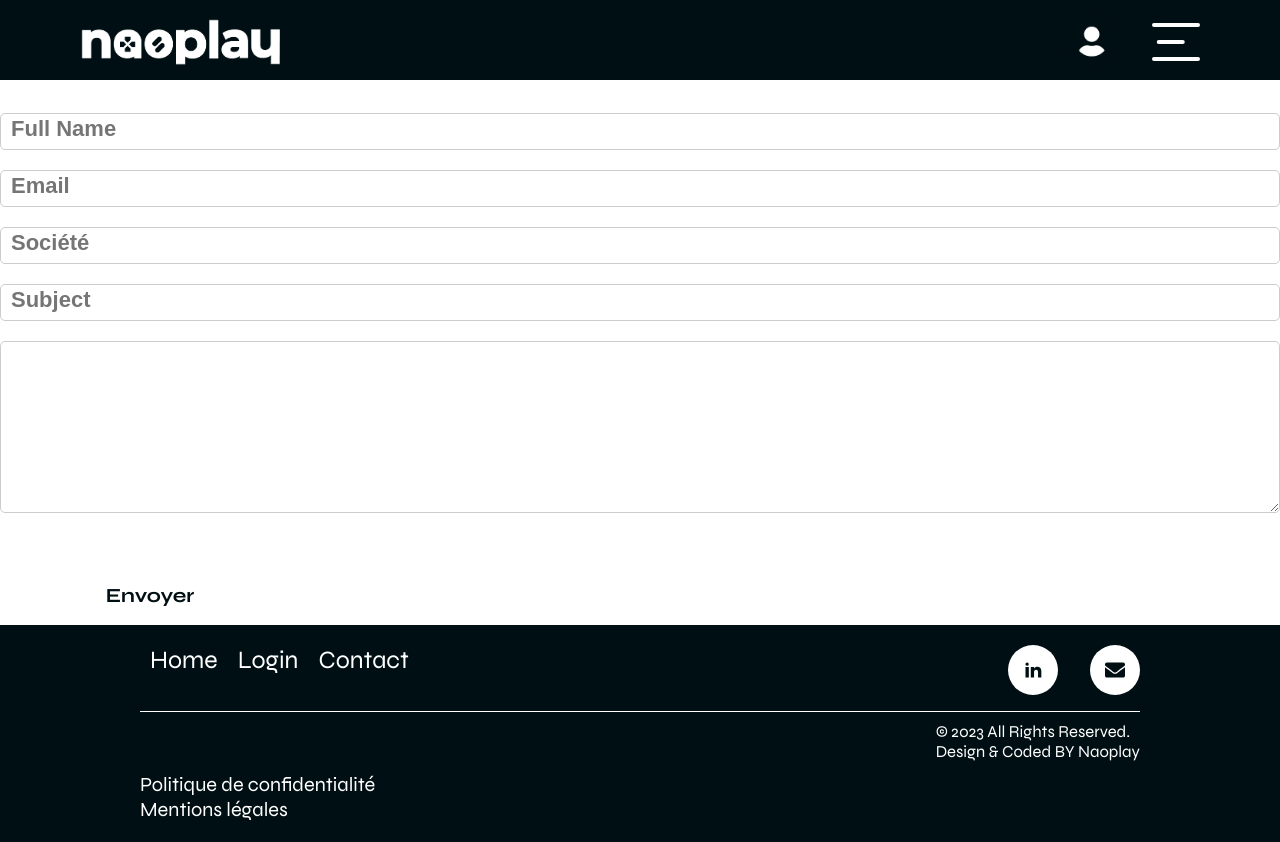
Repository: Hindsedrati/Naoplay
Page: /contact
These files come from the project's save history. The page is drawn as it stood at one moment and after the next save; the edit follows.
The browser window is 1280 px wide. The pictures show the whole page.
The project was rebuilt for these pictures with package versions that can differ from the ones it lists, and the page was loaded fresh each time. Also part of the build but not shown: src/Pages/Login/index.jsx, src/Components/Const/index.jsx, src/Components/Partners/index.jsx, src/Components/Naoplay/index.jsx, src/Components/Api/index.jsx, src/Components/Digitalisation/index.jsx, src/Components/Gateway/index.jsx, src/Components/ApiManagement/index.jsx and 6 more.

Above is the page before, as saved 2023-05-10 12:32:18.

### public/index.html
<!DOCTYPE html>
<html lang="en">
  <head>
    <meta charset="utf-8" />
    <link href="https://fonts.googleapis.com/css2?family=Syne:wght@600;700&display=swap" rel="stylesheet">
    <link rel="apple-touch-icon" sizes="180x180" href="./favicons/apple-touch-icon.png">
    <link rel="icon" type="image/png" sizes="32x32" href="./favicons/favicon-32x32.png">
    <link rel="icon" type="image/png" sizes="16x16" href="./favicons/favicon-16x16.png">
    <link rel="manifest" href="./favicons/site.webmanifest">
    <link rel="mask-icon" href="./favicons/safari-pinned-tab.svg" color="#5bbad5">
    <meta name="viewport" content="width=device-width, initial-scale=1" />
    <meta name="theme-color" content="#000000" />
    <meta
      name="description"
      content="Web site created using create-react-app"
    />
    <link rel="apple-touch-icon" href="%PUBLIC_URL%/logo192.png" />
    <!--
      manifest.json provides metadata used when your web app is installed on a
      user's mobile device or desktop. See https://developers.google.com/web/fundamentals/web-app-manifest/
    -->
    <link rel="manifest" href="%PUBLIC_URL%/manifest.json" />
    <!--
      Notice the use of %PUBLIC_URL% in the tags above.
      It will be replaced with the URL of the `public` folder during the build.
      Only files inside the `public` folder can be referenced from the HTML.

      Unlike "/favicon.ico" or "favicon.ico", "%PUBLIC_URL%/favicon.ico" will
      work correctly both with client-side routing and a non-root public URL.
      Learn how to configure a non-root public URL by running `npm run build`.
    -->
    <title>NAOPLAY</title>
  </head>
  <body>
    <noscript>You need to enable JavaScript to run this app.</noscript>
    <div id="root"></div>
    <!--
      This HTML file is a template.
      If you open it directly in the browser, you will see an empty page.

      You can add webfonts, meta tags, or analytics to this file.
      The build step will place the bundled scripts into the <body> tag.

      To begin the development, run `npm start` or `yarn start`.
      To create a production bundle, use `npm run build` or `yarn build`.
    -->
  </body>
</html>

### src/style.scss
* {
    margin: 0;
    padding: 0;
    box-sizing: border-box;
}

.app-container {
    width: 100%;
    max-width: 100%;
    margin-left: auto;
    margin-right: auto;
}

.main-container {
    width: 100%;
    overflow-x: hidden;
}

@media screen and (min-width: 769px) and (max-width: 1900px) {
    .main-container {
        padding: 70px 80px 20px 80px;
    }
}
@media screen and (min-width: 1901px) {
    .main-container {
        padding: 150px 80px 20px 80px;
    }
}
@media screen and (max-width: 768px) {
    .main-container {
        padding: 1rem;
    }
}

### src/Pages/Contact/index.jsx
import React from 'react'
import './Contact.scss'

function contact () {
  return (
    <section>
        <div className="container">
          <h2 className= "--text-center">Contactez-nous</h2>
          <p> Vous avez un projet de transformation digitale ? vous souhaitez échanger avec l’un de nos experts ? ou vous souhaitez voir comment notre mentorat peut booster votre carrière ? (si vous souhaitez nous rejoindre vous pouvez également envoyer votre CV à contact@naoplay.fr</p>
          <form className= "--formm-control --card" >
              <input type="text" placeholder= 'Full Name' name= 'user_name' required/>
              <input type="email" placeholder= 'Email' name= 'user_email' required/>
              <input type="text" placeholder="Société" name="societe" required />
              <input type="text" placeholder= 'Subject' name= 'subject' required/>
              <textarea name="message" cols="30" rows="10"></textarea>
              <button type= "submit" className= "--btn --btn-primary">Envoyer</button>


          </form>
        </div>
    </section>
  )
}

export default contact;

### src/Layouts/Footer/Index.jsx
import './footer.scss';
import { RiLinkedinFill } from "react-icons/ri";
import { FaEnvelope } from "react-icons/fa";

function Footer() {
  return (
    <footer>
      <div className="footer-content">
        <div className="footer-section links">
          <a href="/">Home</a>
          <a href="/login">Login</a>
          <a href="/Contact">Contact</a>
        </div>

        <div className="footer__icons">
          <a c href="https://www.linkedin.com/company/naoplay/" target="_blank" rel="noreferrer">
            <RiLinkedinFill />
          </a>
          <a  href="mailto:contact@naoplay.fr/" target="_blank" rel="noreferrer">
            <FaEnvelope />
          </a>
        </div>
      </div>

      <div className="footer-bottom">
        <small>&copy; 2023 All Rights Reserved.</small>
        <small>Design & Coded BY Naoplay </small>
      </div>

      <div className="footer-legal">
        <a href='/'>Politique de confidentialité</a>
        <a href='/'>Mentions légales</a>
      </div>
    </footer>
  );
}

export default Footer;

### src/Pages/Contact/Contact.scss
form {
  margin-top: 5rem;
  height: auto;
  display: flex;
  flex-direction: column;
  align-items: center;
  margin-top: 50px;
}

label {
  font-weight: bold;
  margin-bottom: 10px;
}

input,
textarea {
  padding: 10px;
  margin-bottom: 20px;
  width: 100%;
  border: 1px solid #ccc;
  border-radius: 5px;
}

button {
  background-color: #4CAF50;
  color: white;
  border: none;
  padding: 10px 20px;
  text-align: center;
  text-decoration: none;
  display: inline-block;
  font-size: 16px;
  border-radius: 5px;
  cursor: pointer;
}

button:hover {
  background-color: #3e8e41;
}

### src/Pages/Home/Home.scss
body{
    box-sizing: border-box;
    overflow-x: hidden;
}

### src/Layouts/Footer/footer.scss
@import '../../Sass/variables.scss';

footer {
  height: auto;
  color: $light;
  position: relative;
  background: $dark;
  padding: 20px 0;
  width: 100%;
}

.footer-content {
  font-size: 20px;
  display: flex;
  justify-content: space-between;
  max-width: 1000px;
  margin: 0 auto;
}

.footer-section {
  font-family: $syne;
  display: flex;
}

.links a,
.social a {
  color: #fff;
  text-decoration: none;
  padding: 0 10px;
  font-size: 25px;
}


.footer__icons{

        display: flex;
        gap: 2rem;
        margin-bottom: 1rem;

        a {
            width: 50px;
            height: 50px;
            display: inline-block;
            text-decoration: none;
            color: $dark;
            background-color: $light;
            border-radius: 50%;
            display: flex;
            justify-content: center;
            align-items: center;



        }

        a:hover {
            transform: scale(1.1);
            background-color: $dark;
            color: $light;
        }
}
.footer-bottom {
  font-family: $syne;
  display: grid;
  justify-content: flex-end;
  max-width: 1000px;
  margin: 0 auto;
  font-size: 20px;
  border-top: 1px solid #fff;
  padding-top: 10px;
}

.footer-legal {
  /*display: flex;
  align-items: flex-start;
  justify-content: flex-start;
  max-width: 1000px;
  margin: 0 auto;
  font-size: 20px;

  padding-top: 10px;*/
  display: grid;
  justify-content: flex-start;
  max-width: 1000px;
  margin: 0 auto;
  font-size: 20px;
  padding-top: 10px;

}

.footer-legal a {
  font-family: $syne;
  color: #fff;
  text-decoration: none;
  margin-right: 20px;
}

.footer-legal a:hover {
  text-decoration: underline;
}

### src/Sass/variables.scss
@import url('https://fonts.googleapis.com/css2?family=Syne:wght@200;400;500;600;700&display=swap');
@import url('https://fonts.googleapis.com/css2?family=DM+Sans:wght@200;400;500;600;700&display=swap');

@font-face {
    font-family: 'MonumentExtended';
    src: url('fonts/MonumentExtended-Regular.otf') format('truetype');
    font-weight: normal;
    font-style: normal;
}

$Dm: 'DM Sans', sans-serif;
$syne: 'Syne', sans-serif;

//colors
$dark: #000F14;
$light: white;
$primary: #00A8EB;
$bg: #fdfdfd;

### src/Components/Const/const.scss
@import '../../Sass/variables.scss';

.home {

  color: $light;
  background-image: url('../../assets/vision_naoplay.webp');
  background-size: cover;
  background-position: center;

  h1 {
    font-weight: bold;
    font-family: 'MonumentExtended', sans-serif;
  }

  h2 {
    font-family: $syne;
  }

  &__btn {
    text-decoration: none;
    color: $dark;
    display: inline-block;
    padding: 0.75rem 1.5rem;
    background-color: $light;
    font-family: $syne;
    font-size: 1rem;
    font-weight: 700;
    transition: background-color 0.3s ease;

    &:hover {
      background-color: $dark;
      color: $light;
    }
  }
}

@media screen and (min-width: 769px) and (max-width: 1900px) {
  .home {
    margin-top: 2rem;

    h1 {
      font-size: 70px;
      font-weight: 500;
    }

    h2 {
      margin-top: 80px;
      font-size: 32px;
      font-weight: 700;
      line-height: 40px;
    }

    &__btn {
      margin-top:150px;
    }
  }
}

/* Code ajouté pour centrer en version mobile */
@media screen and (max-width: 768px) {
  .home {
    //height: calc(100vh - 80px);
    //padding: 1rem;
    margin-top: 5rem;
    display: flex;
    justify-content: center;
    align-items: center;
    flex-direction: column;

    h1 {
      font-size: 30px;
      line-height: 45px;
      font-weight: 200;
    }

    h2 {
      margin-top: 50px;
      font-size: 20px;
      font-weight: 500;
      font-family: $Dm;
      line-height: 1.6;
    }

    &__btn {
      margin-top: 30px;
    }
  }
}

@media screen and (min-width: 1901px) {
  .home {
    height: 100vh;
    h1 {
      line-height: 5rem;
      font-size: 70px;
      font-weight: 500;
    }

    h2 {
      margin-top: 80px;
      font-size: 32px;
      font-weight: 700;
      line-height: 40px;
    }

    &__btn {
      margin-top: 80px;
    }
  }

}

### src/Components/Partners/partners.scss
@import '../../Sass/variables.scss';

.partners {
  min-height: 210px;
  background: $dark;
  color: $light;

  &__content {
    display: flex;
    align-items: center;
  }

  &__content h3 {
    font-family: 'MonumentExtended', sans-serif;
    color: $light;
  }
}

@media screen and (min-width: 769px) and (max-width: 1900px) {

  .partners {
    padding-left: 80px;
    display: grid;
    grid-template-columns: 1fr 3fr;

    &__content h3 {
      padding-right: 15px;
      font-size: 20px;
      font-weight: 500;
      line-height: 32px;
    }

    &__image {
      position: relative;
      width: auto;
      height: 70px;
      margin-top: 70px;
      overflow: hidden;
    }

    &__icons {
      position: absolute;
      display: flex;
      width: 150%;
      height: 70px;
      top: 0;
      left: 30px;
      color: #fff;

      animation-name: IconeMove;
      animation-duration: 7s;
      animation-iteration-count: infinite;
      animation-direction: alternate;
      animation-timing-function: ease-in-out;

      @keyframes IconeMove {
        from {
          transform: translateX(-25%);
        }

        to {
          transform: translateX(0);
        }
      }
    }

    &__icons img {
      height: 100%;
      width: auto;
      margin-right: 70px;

    }
  }
}

@media screen and (min-width: 1901px) {

  .partners {
    padding-left: 80px;
    display: grid;
    grid-template-columns: 1fr 3fr;

    &__content h3 {
      padding-right: 15px;
      font-size: 25px;
      font-weight: 500;
      line-height: 32px;
    }

    &__image {
      position: relative;
      width: auto;
      height: 70px;
      margin-top: 70px;
      overflow: hidden;
    }

    &__icons {
      position: absolute;
      display: flex;
      width: 150%;
      height: 70px;
      top: 0;
      left: 30px;
      color: #fff;

      animation-name: IconeMove;
      animation-duration: 9s;
      animation-iteration-count: infinite;
      animation-direction: alternate;
      animation-timing-function: ease-in-out;

      @keyframes IconeMove {
        from {
          transform: translateX(-25%);
        }

        to {
          transform: translateX(0);
        }
      }
    }

    &__icons img {
      height: 100%;
      width: auto;
      margin-right: 70px;

    }
  }
}

@media screen and (max-width: 768px) {

  .partners {
    padding: 1rem;

    &__content h3 {
      font-size: 20px;
      font-weight: 500;
      line-height: 32px;
    }

    &__image {
      position: relative;
      width: auto;
      height: 70px;
      margin-top: 50px;
      overflow: hidden;
    }

    &__icons {
      position: absolute;
      display: flex;
      width: 150%;
      height: 60px;
      top: 0;
      left: 30px;
      color: #fff;

      animation-name: IconeMove;
      animation-duration: 5s;
      animation-iteration-count: infinite;
      animation-direction: alternate;
      animation-timing-function: ease-in-out;

      @keyframes IconeMove {
        from {
          transform: translateX(-200%);
        }

        to {
          transform: translateX(0);
        }
      }
    }

    &__icons img {
      height: 100%;
      width: auto;
      margin-right: 70px;

    }
  }
}

### src/Components/Digitalisation/digital.scss
@import '../../Sass/variables.scss';

.digital {
  background-image: url('../../assets/eye-naoplay.webp');
  background-size: cover;
  background-position: center;
  width: 100%;
  height: 50vh;
  object-fit: none;
  color: $light;
  display: flex;
  align-items: center;
  justify-content: center;

  &__content {
    width: 100%;
    max-width: 960px;
    margin: 0 auto;
    padding: 0 1rem;
    text-align: center;
  }

  &__title {
    font-family: 'MonumentExtended', sans-serif;

    margin: 0;
    font-size: 2rem;
    line-height: 1;

  }

  @media screen and (max-width: 768px) {
    .digital{
      display: none;
    }
  }
}
@media screen and (min-width: 769px) and (max-width: 1900px) {
  .digital{
    display: none;
  }
}
@media screen and (min-width: 1900px){
  .digital{
    display: none;
  }
}

### src/Components/Gateway/gateway.scss
@import '../../Sass/variables.scss';

.Gateway{
    height: 100vh;
    padding: 100px;
    color: $dark;

    &__title {
        font-family: 'MonumentExtended', sans-serif;
    }

    &__content::-webkit-scrollbar {
        width: 0;
    }

}


@media screen and (min-width: 769px) and (max-width: 1900px) {
    .Gateway{
        display: grid;
        grid-template-columns: 1fr 2fr;
        align-items: center;

        &__content__child p{
            line-height: 4rem;
            font-family: $syne;
            font-size: 24px;
            font-weight: bold;
        }
    }

    .partone{
        display: block;
        height: calc(100vh - 200px);
        padding: 8rem 4rem 4rem;
        text-align: right;
        background: $dark;
        color: $light;
    }

    .partone:hover{
        background-color: $primary;
        scroll-behavior: smooth;
    }

    .parttwo{
        position: relative;
        height: calc(100vh - 200px);

        .Gateway__title {
            position: absolute;
            top: 0;
            bottom: 0;
            display: flex;
            align-items: center;
            margin-left: 6rem;
            font-size: 56px;
            vertical-align: middle;
        }

        .G1, .G2, .G3, .G4, .G5 {
            display: inline-block;
            margin-top: 5vh;
            margin-bottom: 5vh;
            border-bottom: 1rem solid $primary;
            border-right: 2rem solid transparent;
            line-height: 36px;
        }

        .G1{
            margin-left: 15%;
        }

        .G2{
            margin-left: 50%;
        }

        .G3{
            margin-left: 80%;
        }

        .G4{
            margin-left: 50%;
        }

        .G5{
            margin-left: 15%;
        }
    }
}

@media screen and (min-width: 1901px) {
    .Gateway{
        display: grid;
        grid-template-columns: 1fr 2fr;
        align-items: center;

        &__content__child p{
            line-height: 9rem;
            font-family: $syne;
            font-size: 30px;
            font-weight: bold;
        }
        .items{
            margin-top: 3rem;
        }
    }

    .partone{
        display: block;
        height: calc(100vh - 200px);
        padding: 4rem 4rem 4rem;
        text-align: right;
        background: $dark;
        color: $light;
    }

    .partone:hover{
        background-color: $primary;
        scroll-behavior: smooth;
    }

    .parttwo{
        position: relative;
        height: calc(100vh - 200px);

        .Gateway__title {
            position: absolute;
            top: 0;
            bottom: 0;
            display: flex;
            align-items: center;
            margin-left: 6rem;
            font-size: 56px;
            vertical-align: middle;
        }

        .G1, .G2, .G3, .G4, .G5 {
            display: inline-block;
            margin-top: 5vh;
            margin-bottom: 5vh;
            border-bottom: 1rem solid $primary;
            border-right: 2rem solid transparent;
            line-height: 36px;
        }

        .G1{
            margin-left: 15%;
        }

        .G2{
            margin-left: 50%;
        }

        .G3{
            margin-left: 80%;
        }

        .G4{
            margin-left: 50%;
        }

        .G5{
            margin-left: 15%;
        }
    }
}

@media screen and (max-width: 768px) {
    .Gateway{
        display: none;
    }
}

### src/Components/Management/management.scss
@import '../../Sass/variables.scss';

.management {
    background: $primary;
    color: $light;

    &__title {
        font-family: 'MonumentExtended', sans-serif;
    }

    &__content::-webkit-scrollbar {
        width: 0;
    }
}

@media screen and (min-width: 769px) and (max-width: 1900px) {
    .management {
        min-height: 100vh;

        &__title {
            display: none;
        }

        &__content {
            width: 100%;
            min-height: 250px;
            padding: 30px 100px;
            display: flex;
            flex-flow: row nowrap;
            gap: 100px;
            font-family: $syne;
            font-size: 20px;
            font-weight: 400;
            line-height: 30px;
            position: relative;

            .arrow_1 {
                display: none;
            }

            .arrow_2 {
                display: none;
            }

            & p {
                margin-top: .8rem;
                font-family: $Dm;
            }
        }
    }
}

@media screen and (min-width: 1901px) {
    .management {
        min-height: 100vh;

        &__title {
            display: none;
        }

        &__content {
            width: 100%;
            min-height: 250px;
            padding: 30px 100px;
            display: flex;
            flex-flow: row nowrap;
            gap: 100px;
            font-family: $syne;
            font-size: 20px;
            font-weight: 400;
            line-height: 30px;
            position: relative;

            .arrow_1 {
                display: none;
            }

            .arrow_2 {
                display: none;
            }

            & p {
                font-size: 25px;
                margin-top: .8rem;
                font-family: $Dm;
            }
        }
    }
}

@media screen and (max-width: 768px) {
    .management {
        padding: 2.5rem 1rem;

        &__content {
            display: flex;
            flex-flow: row nowrap;
            gap: 2rem;
            font-family: $syne;
            font-size: 25px;
            font-weight: 500;
            line-height: 30px;
            overflow: scroll;
            position: relative;

            &__child {
                min-width: 100%;
            }

            .arrow_1 {
                position: absolute;
                bottom: 2px;
                right: 10px;
                font-size: 30px;
                color: $primary;
                background: $light;
                display: flex;
                align-items: center;
                justify-content: center;
                border-radius: 50%;
                width: 40px;
                height: 40px;
            }

            .arrow_2 {
                position: absolute;
                bottom: 2px;
                right: -23rem;
                font-size: 2rem;
                background: $light;
                color: $primary;
                display: flex;
                align-items: center;
                justify-content: center;
                border-radius: 50%;
                width: 40px;
                height: 40px;
            }
        }

        &__title {
            margin-top: 30px;
            font-size: 30px;
            line-height: 30px;
            font-weight: 100;
        }

        &__content {
            font-size: 25px;
            font-weight: 700;
            line-height: 30px;
        }

        & p {
            margin-top: 30px;
            padding: 0rem 1rem;
        }
    }



}

Loaded but not shown: src/reportWebVitals.js (common file); src/index.js (34 lines, source omitted); src/Layouts/Header/header.scss (458 lines, source omitted); src/Components/ApiManagement/api_m.scss (329 lines, source omitted); src/Components/Api/api.scss (344 lines, source omitted); src/Components/Naoplay/naoplay.scss (359 lines, source omitted); src/Layouts/Header/Index.jsx (115 lines, source omitted); src/Pages/Error403/Error403.scss (201 lines, source omitted); src/Components/Mentorat/mentorat.scss (204 lines, source omitted); src/Components/Proxisation/proxi.scss (219 lines, source omitted); src/Pages/Error404/Error.scss (200 lines, source omitted); src/Pages/Login/login.scss (182 lines, source omitted)

After the next save:
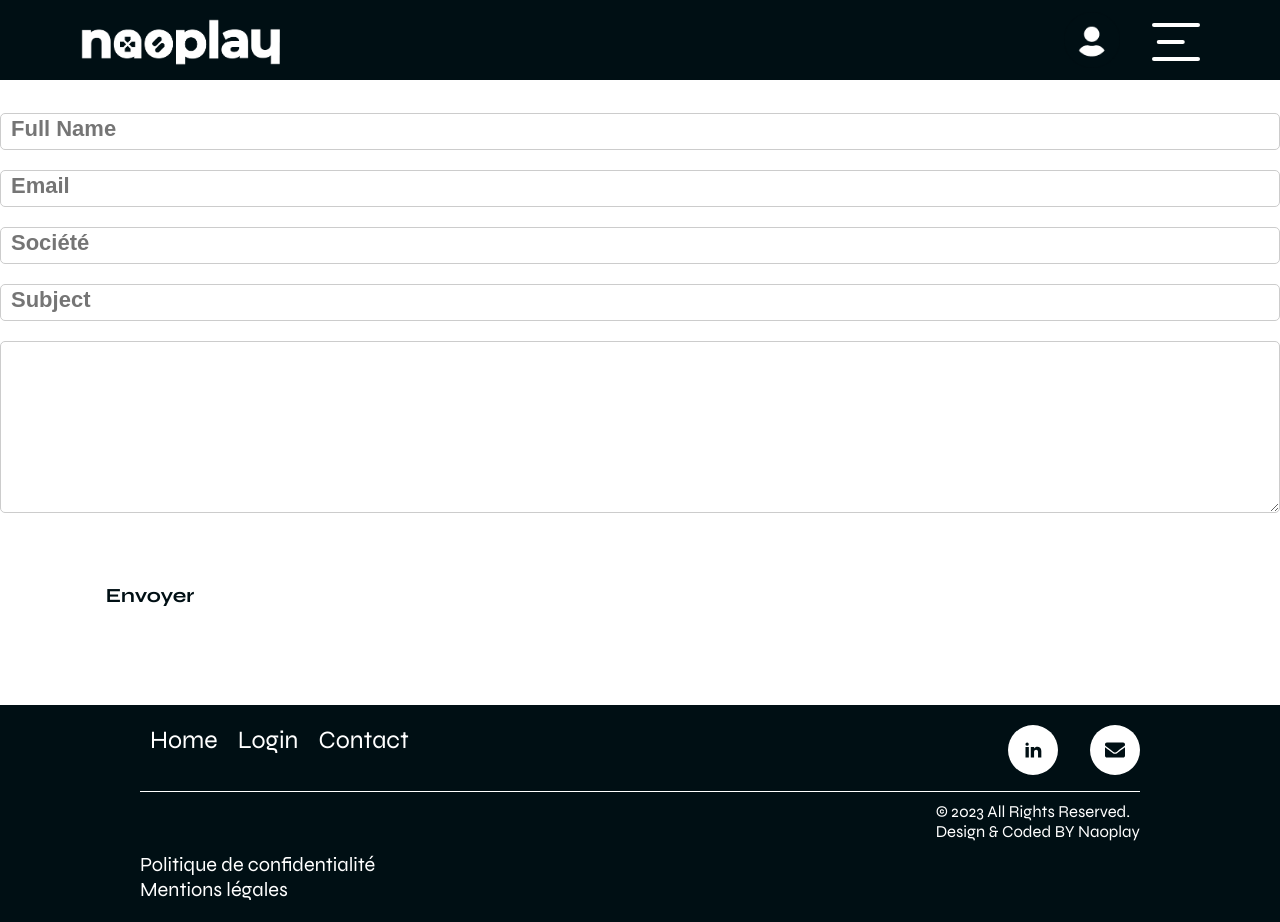
Saved 9 s later.
--- a/src/Pages/Contact/Contact.scss
+++ b/src/Pages/Contact/Contact.scss
@@ -1,5 +1,5 @@
 form {
-  margin-top: 5rem;
+  margin-bottom: 5rem;
   height: auto;
   display: flex;
   flex-direction: column;
